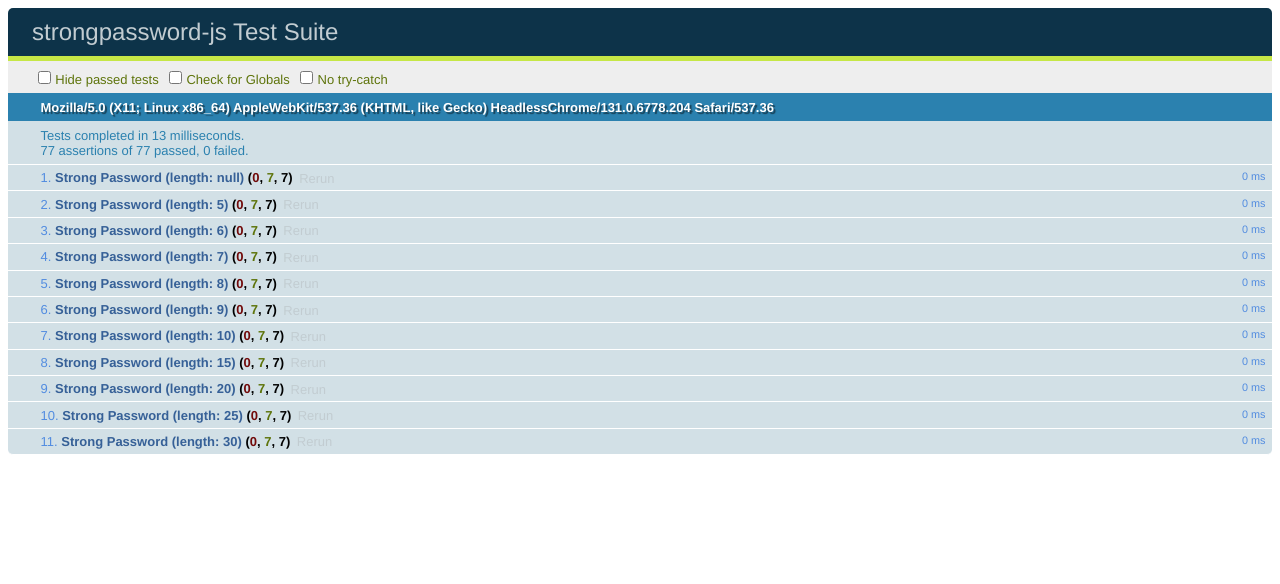
Repository: jongha/strongpassword-js
Page: test/strongpassword.html
The author's editor kept a record of every edit. The page is drawn from the files as they stood at one moment, then again after the next edit.
The browser window is 1280 px wide. The pictures show the whole page.

Above is the page before.

After the next edit:
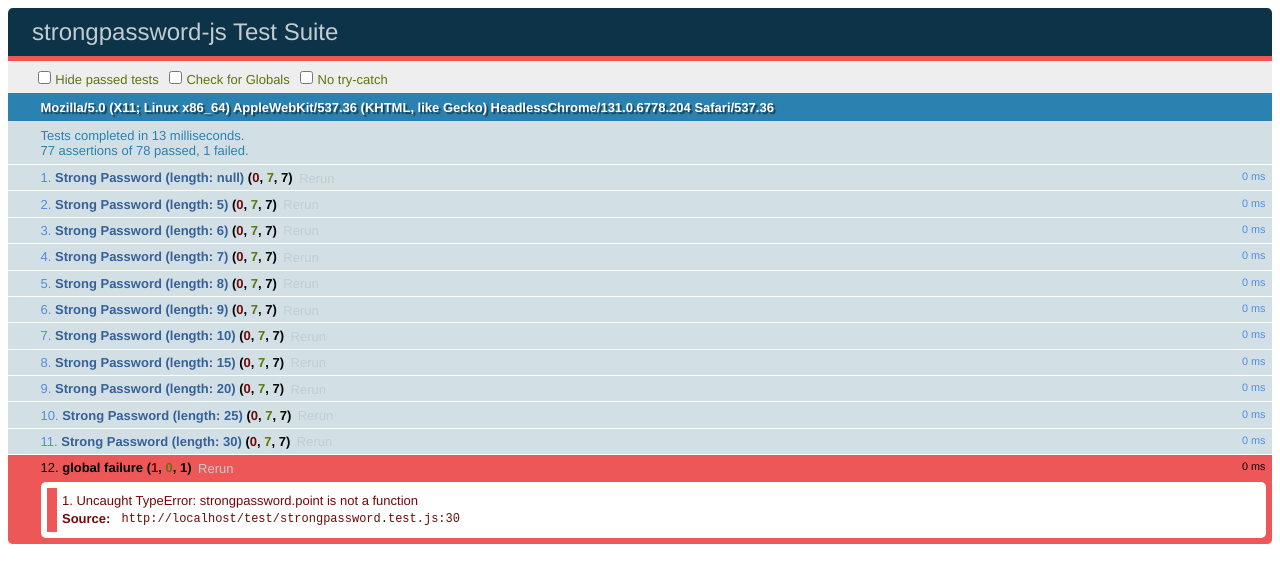
Console error: TypeError: strongpassword.point is not a function
The edit:
--- a/test/strongpassword.test.js
+++ b/test/strongpassword.test.js
@@ -23,9 +23,11 @@
 
     for(var l in length) {
         testcase(length[l]);
-        console.log("1");
-        //equal(strongpassword.point("bv89"), 2, "Password validation point check");
+
+
     }
+
+    strongpassword.point("1");
 
 
 }(jQuery));

After the edit that followed:
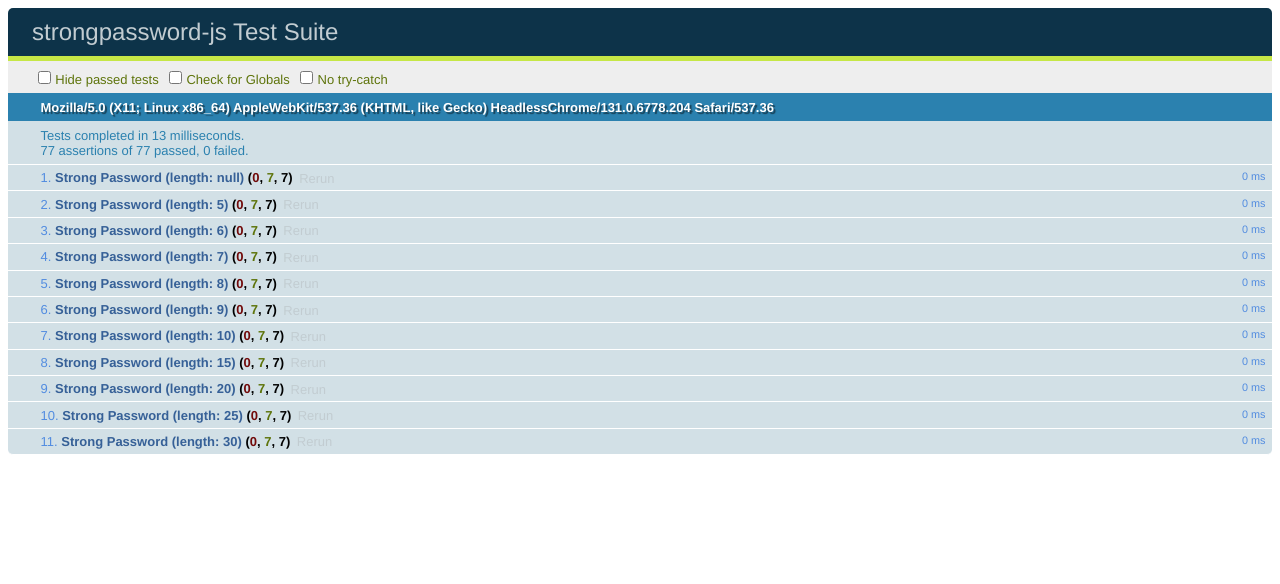
The error is gone.
The edit:
--- a/test/strongpassword.test.js
+++ b/test/strongpassword.test.js
@@ -23,11 +23,8 @@
 
     for(var l in length) {
         testcase(length[l]);
-
-
     }
 
-    strongpassword.point("1");
 
 
 }(jQuery));
